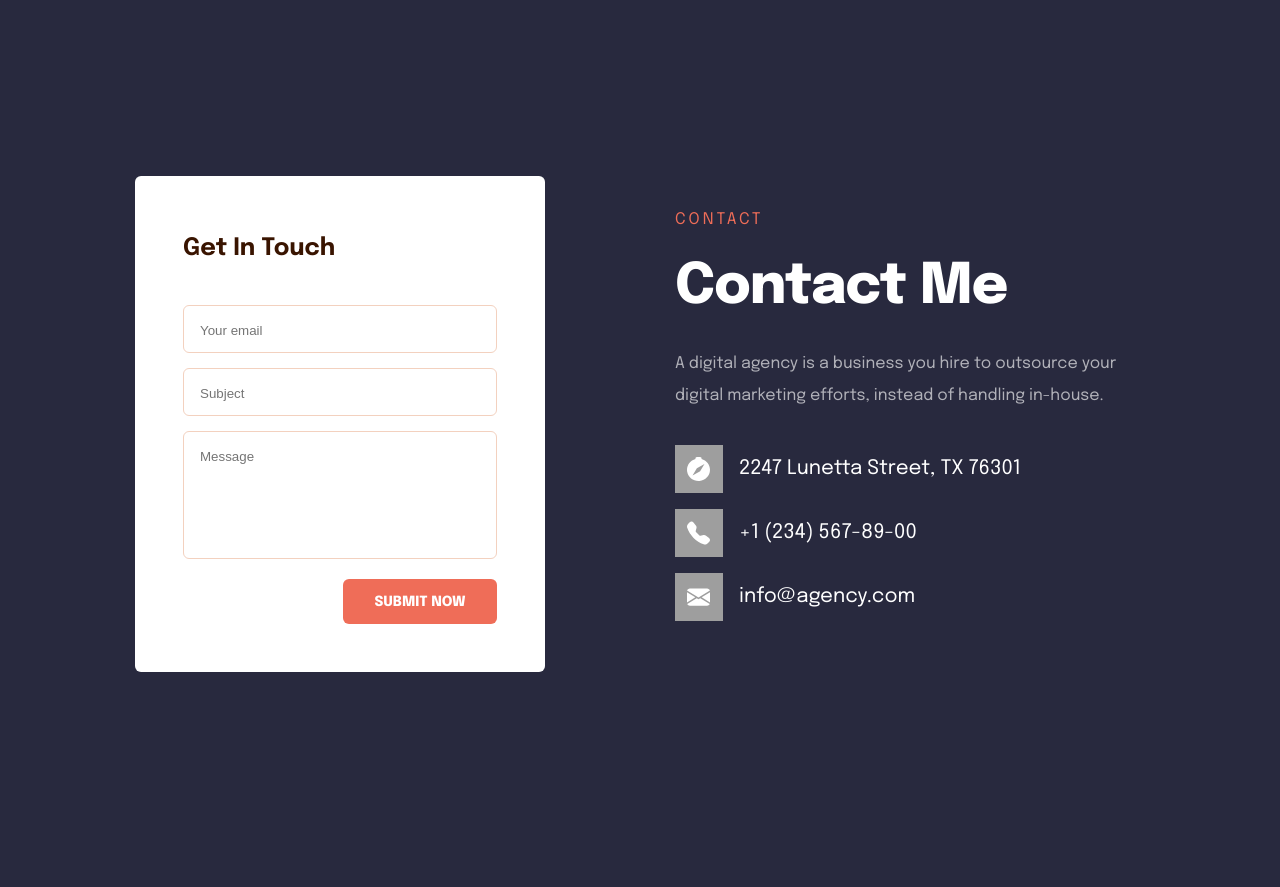
Repository: NatiqSamiyev/form-task-2
Page: index.html
An editor plug-in stored every save of this project. The page is shown before and after a run of saves, followed by the edit.
The browser window is 1280 px wide. The pictures show the whole page.
Pictures or frames that could not be fetched are drawn as grey boxes. Some web fonts or font styles are not loaded; a fallback is used.

Above is the page before, as saved 2023-10-26 11:29:37.

After the next 5 saves:
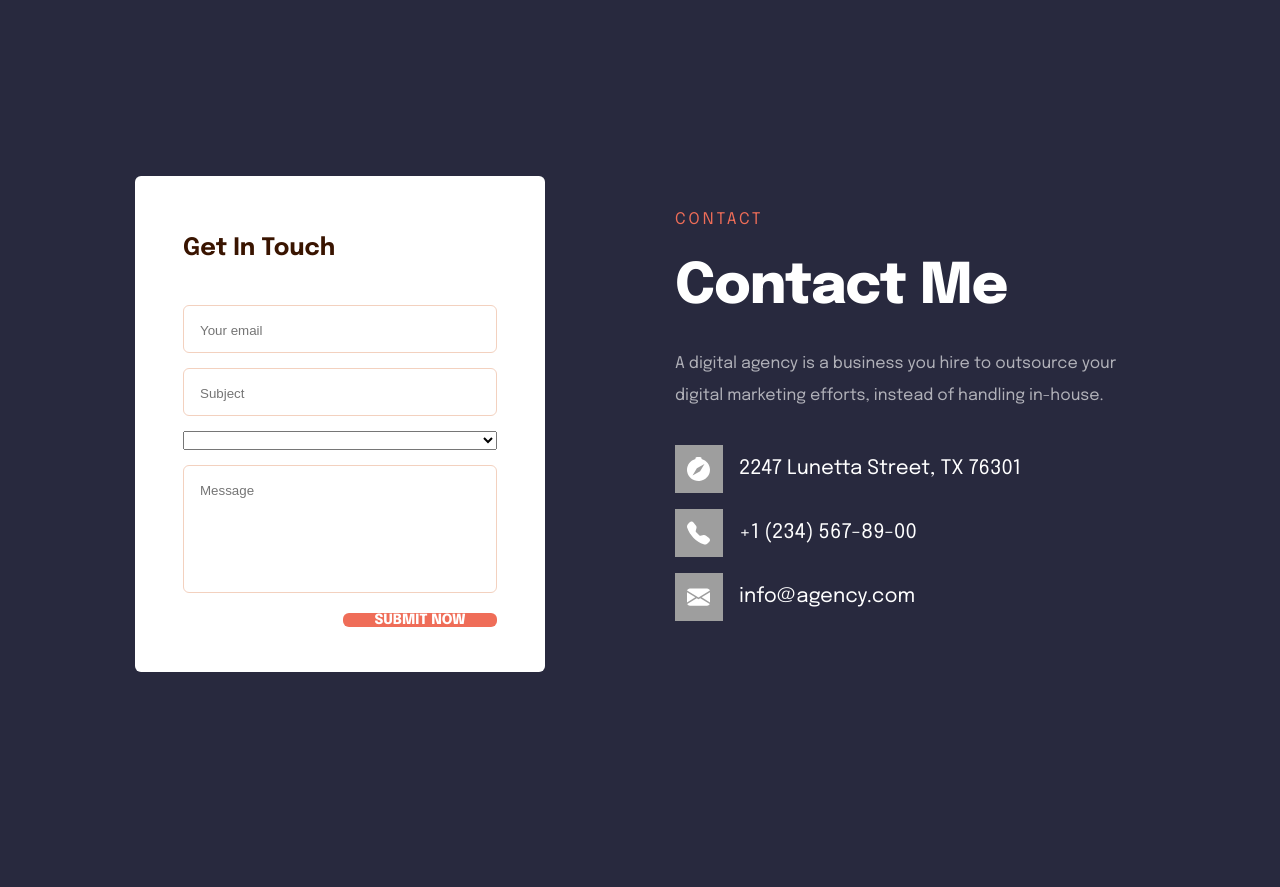
The 5 saves are shown as one change because they came seconds apart.
The last was saved 117 s later.
--- a/index.html
+++ b/index.html
@@ -17,7 +17,10 @@
         <label for="">
           <input type="text" placeholder="Subject" class="subject-input" />
         </label>
+       <select name="" id="">
 
+        <option value=""></option>
+       </select>
         <label for="">
           <input
             class="text-message"
